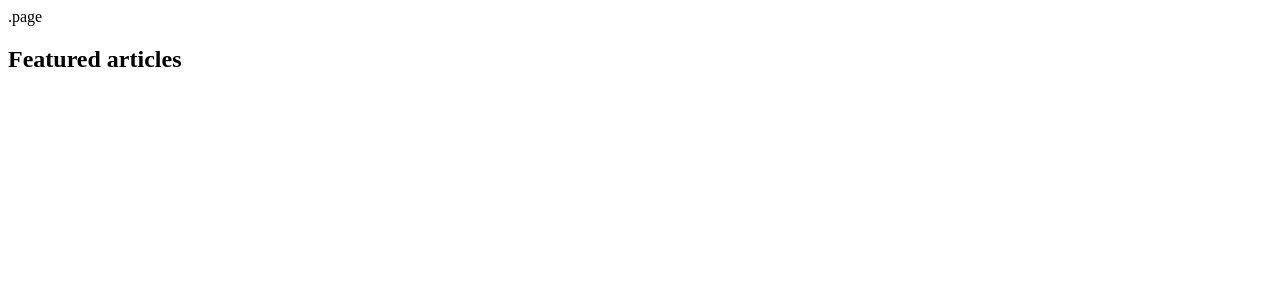
Repository: ikennobunga/11tyblog
Page: src/index.html
The author's editor kept a copy of each file at every save. The page is drawn from the files as they stood at one save, then again after a run of saves.
The browser window is 1280 px wide. The pictures show the whole page.

Above is the page before, as saved 2021-10-26 23:47:26.

After the next 2 saves:
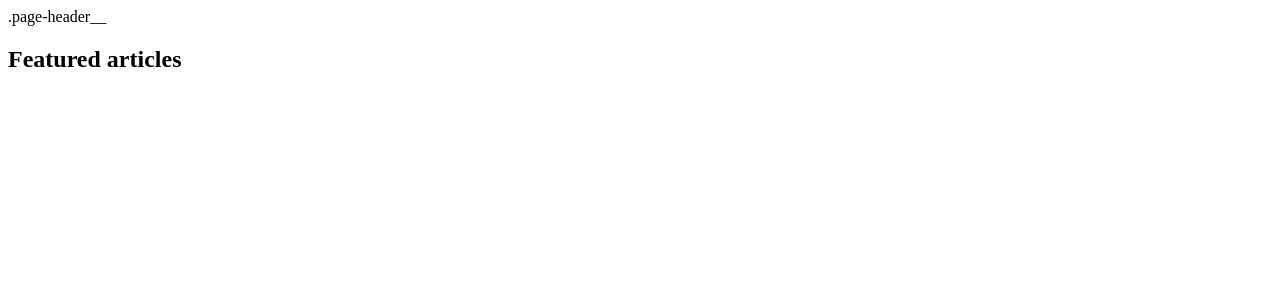
The 2 saves are shown as one change because they came seconds apart.
The last was saved 6 s later.
--- a/src/index.html
+++ b/src/index.html
@@ -10,7 +10,7 @@
 <body>
     <header>
         <div class="container">
-            .page
+            .page-header__
         </div>
     </header>
 
